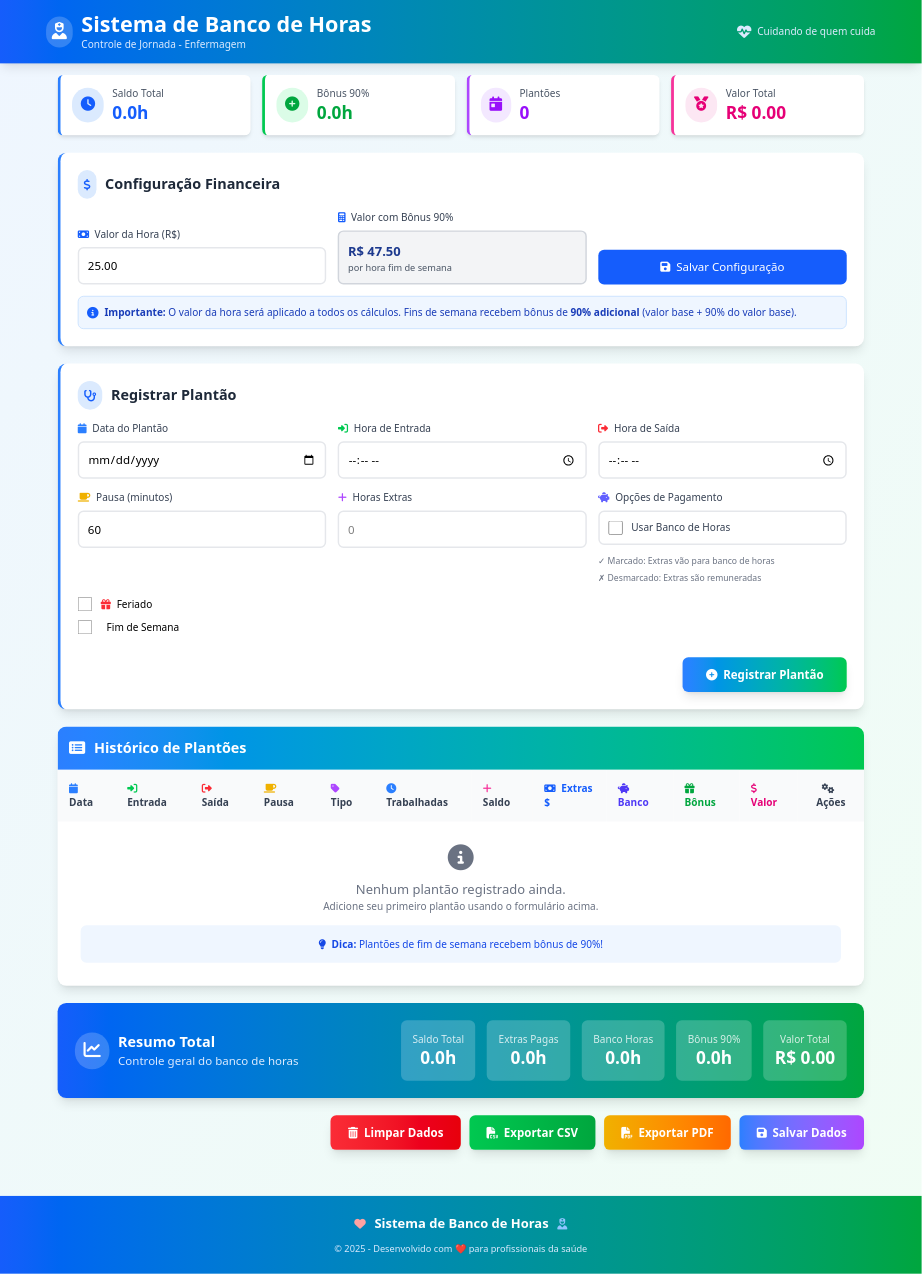
Repository: MichelAlmeida1990/Sistema-de-Banco-de-Horas
Page: index.html
The author's editor kept a copy of each file at every save. The page is drawn from the files as they stood at one save, then again after the next save.
The browser window is 1280 px wide. The pictures show the whole page, at 72% of full size.

Above is the page before, as saved 2025-06-12 13:47:25.

After the next save:
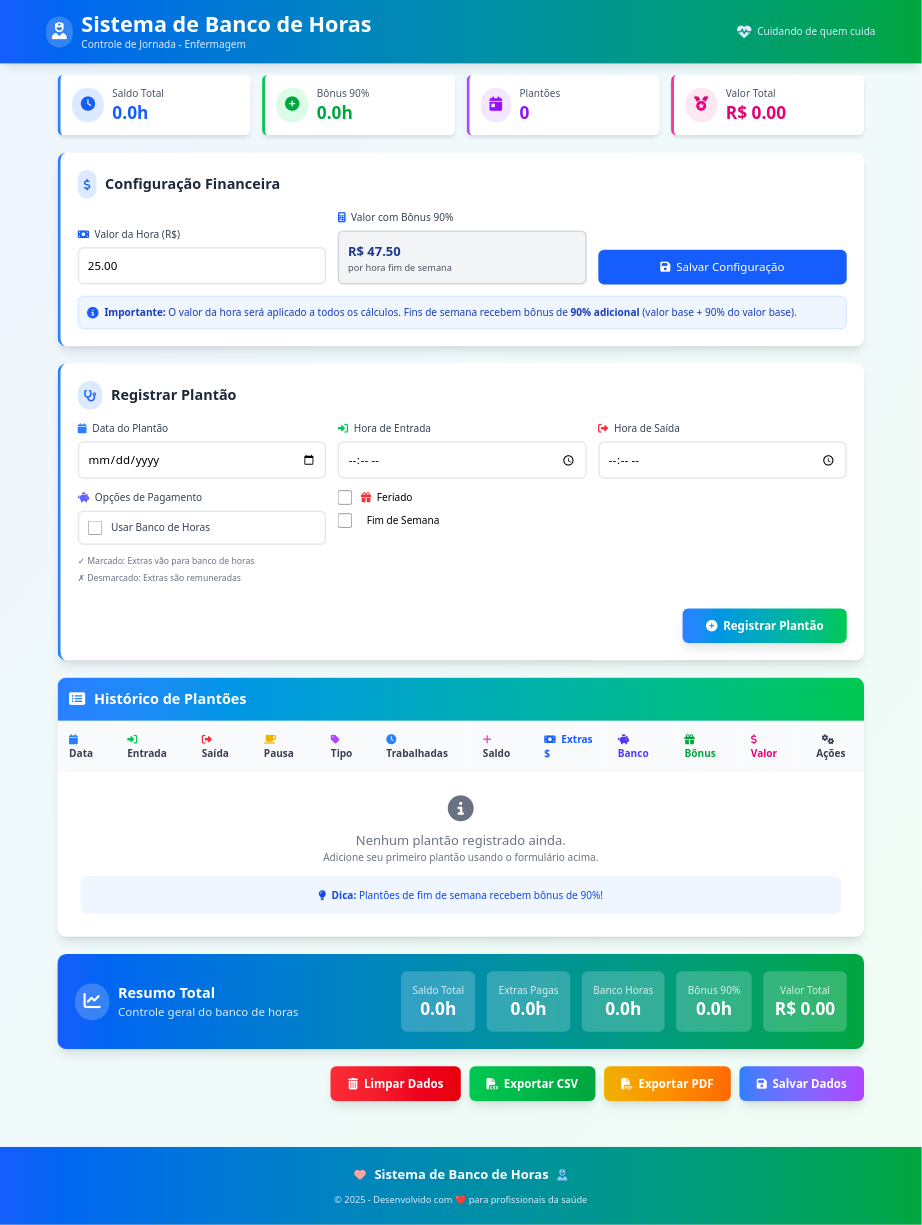
Saved 4 min 33 s later.
--- a/index.html
+++ b/index.html
@@ -175,22 +175,7 @@
                 </div>
 
                 <!-- ✅ Pausa - ID corrigido -->
-                <div class="space-y-2">
-                    <label for="pausa" class="flex items-center gap-2 text-sm font-medium text-gray-700">
-                        <i class="fas fa-coffee text-yellow-500"></i>
-                        Pausa (minutos)
-                    </label>
-                    <input type="number" id="pausa" name="pausa" class="w-full border-2 border-gray-200 rounded-lg p-3 focus:border-yellow-500 focus:ring-2 focus:ring-yellow-200 transition-all" min="0" value="60" required>
-                </div>
-
-                <!-- ✅ NOVO - Horas Extras -->
-                <div class="space-y-2">
-                    <label for="horasExtras" class="flex items-center gap-2 text-sm font-medium text-gray-700">
-                        <i class="fas fa-plus text-purple-500"></i>
-                        Horas Extras
-                    </label>
-                    <input type="number" id="horasExtras" name="horasExtras" class="w-full border-2 border-gray-200 rounded-lg p-3 focus:border-purple-500 focus:ring-2 focus:ring-purple-200 transition-all" min="0" step="0.5" placeholder="0">
-                </div>
+                <input type="hidden" id="pausa" name="pausa" value="60">
 
                 <!-- ✅ NOVO - Campo Banco de Horas -->
                 <div class="space-y-2">
